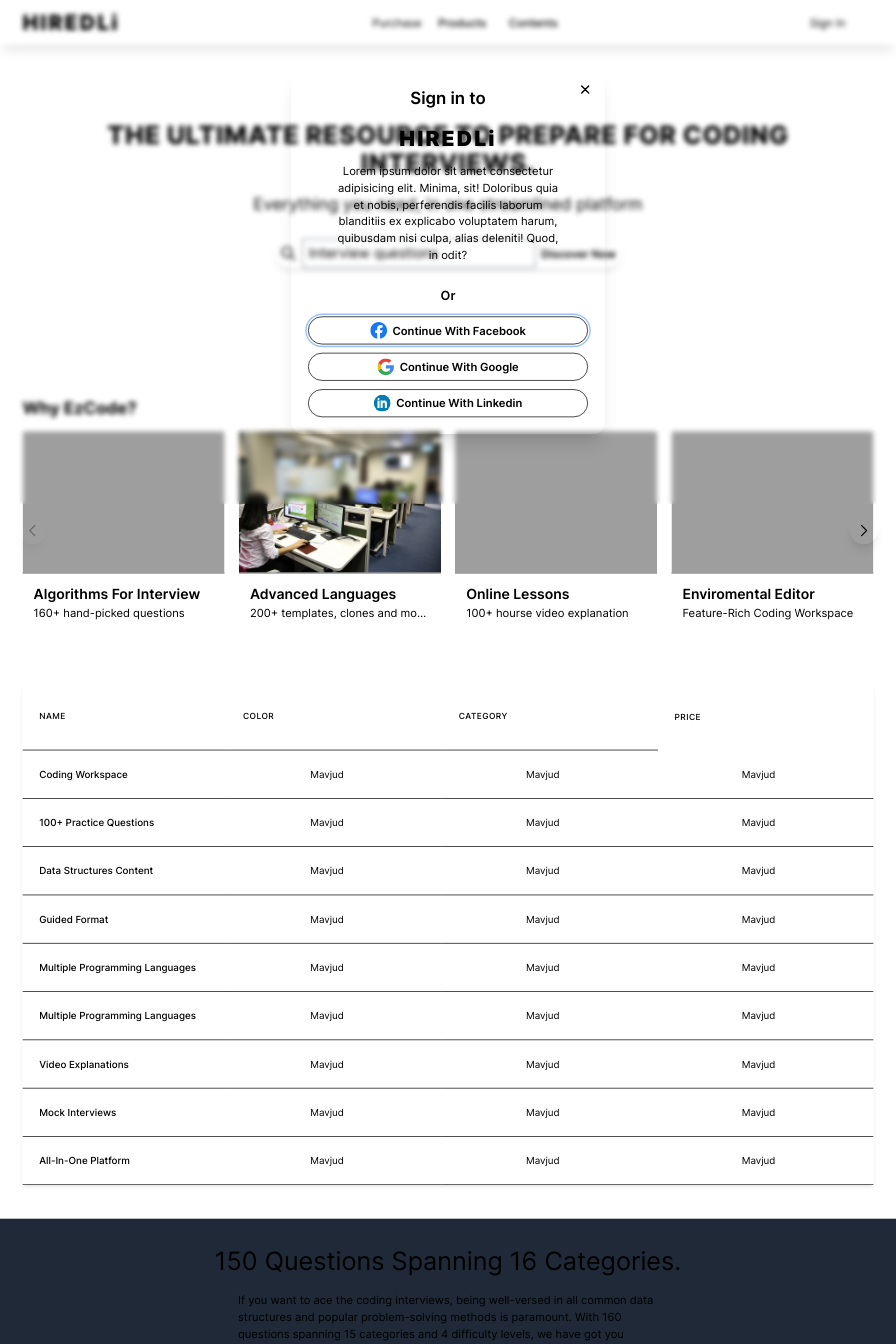
Repository: om1ars/Xjkey
Page: /
An editor plug-in stored every save of this project. The page is shown before and after a run of saves, followed by the edit.
The browser window is 1280 px wide. The pictures show the part of the page from y = 0 to 1920 px (the page is 3997 px tall), at 70% of full size.
Pictures or frames that could not be fetched are drawn as grey boxes. The project was rebuilt for these pictures with package versions that can differ from the ones it lists, and the page was loaded fresh each time. The framework's server and built-in components were replaced by stand-ins that run in the browser. Also part of the build but not shown: next.config.js.

Above is the page before, as saved 2022-03-19 19:18:39.

After the next 2 saves:
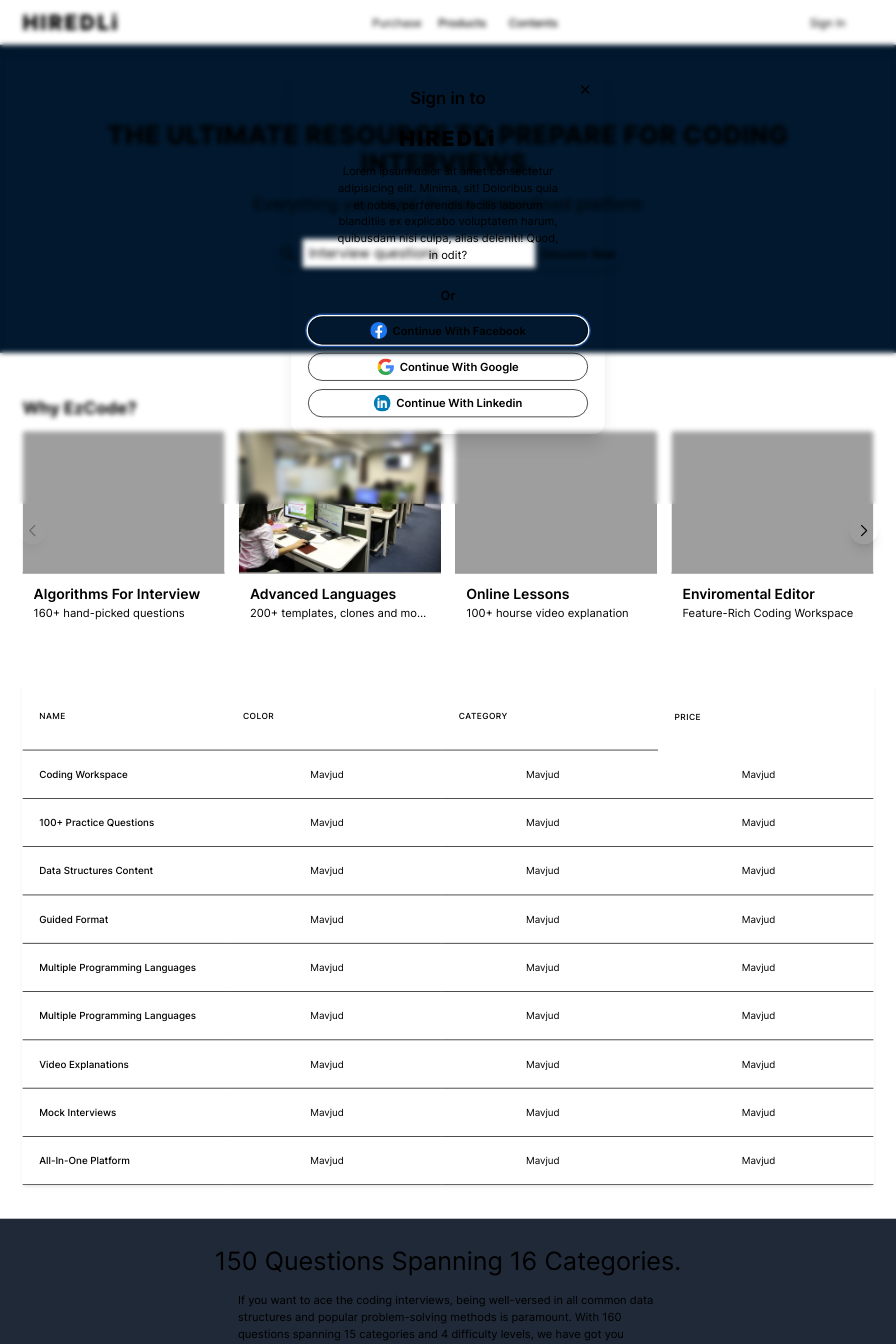
The 2 saves are shown as one change because they came seconds apart.
The last was saved 55 s later.
--- a/src/components/HomeComponents/Hero.tsx
+++ b/src/components/HomeComponents/Hero.tsx
@@ -7,7 +7,7 @@ const Hero = ({ title, subtitle }: any) => {
   const [showBanner, setShowBanner] = useState(true);
   return (
     <>
-      <div className="relative h-[640px] w-full bg-blue-600 sm:h-[55vh] md:h-[440px]">
+      <div className="relative h-[640px] w-full bg-mainBg sm:h-[55vh] md:h-[440px]">
         {/* <Image
           src="/img/corporate.jpg"
           alt="corporate"
